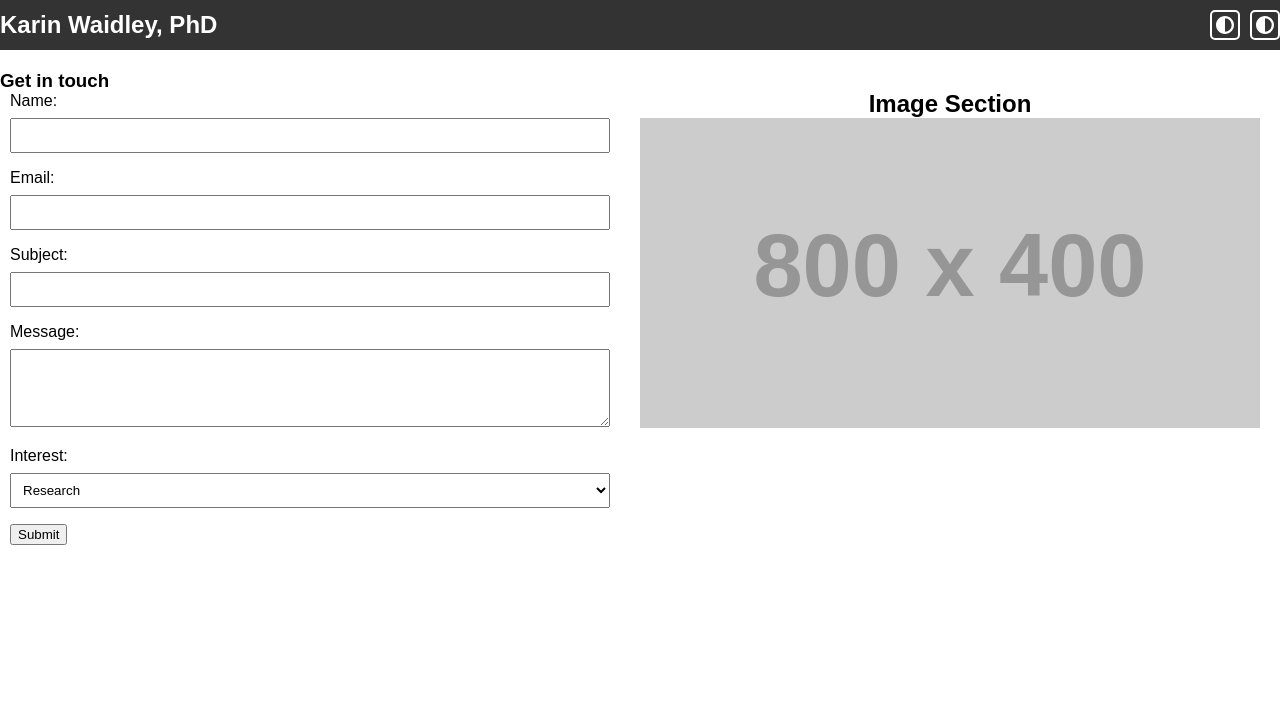
Repository: Ceasor7/Karin
Page: contact.html
An editor plug-in stored every save of this project. The page is shown before and after the next save, followed by the edit.
The browser window is 1280 px wide. The pictures show the whole page.

Above is the page before, as saved 2023-12-14 13:02:15.

### contact.html
<!DOCTYPE html>
<html lang="en">

<head>
    <meta charset="UTF-8">
    <meta name="viewport" content="width=device-width, initial-scale=1.0">
    <title>Karin Waidley, PhD | Contact</title>
    <style>
        /* Resetting some default styles for better consistency */
        body,
        h1,
        h2,
        h3,
        p,
        ul,
        li {
            margin: 0;
            padding: 0;
            list-style: none;
        }

        /* Global styles */
        body {
            font-family: Arial, sans-serif;
        }

        /* Navbar styles */
        header {
            background-color: #333;
            color: white;
            padding: 10px 0;
        }

        .navbar {
            display: flex;
            justify-content: space-between;
            align-items: center;
        }

        .navbar-logo {
            font-size: 1.5em;
            font-weight: bold;
        }

        .navbar-icons {
            display: flex;
            gap: 10px;
        }

        .dark-mode-toggle {
            color: var(--secondary-color);
            border: 2px solid currentColor;
            padding: 4px;
            background: transparent;
            cursor: pointer;
            border-radius: 5px;
            width: 30px;
            height: 30px;
        }

        /* Main content styles */
        section {
            margin-top: 20px;
        }

        /* Contact form styles */
        form {
            max-width: 600px;
            margin: 0 auto;
        }

        label {
            display: block;
            margin-bottom: 8px;
        }

        input,
        textarea,
        select {
            width: 100%;
            padding: 8px;
            margin-bottom: 16px;
            box-sizing: border-box;
        }

        /* New section styles */
        .image-section {
            text-align: center;
            margin-top: 20px;
        }

        .image-section img {
            max-width: 100%;
            height: auto;
        }

        /* Add this CSS to make the two divs beside each other */
        .flex-container {
            display: flex;
            justify-content: space-between;
            margin-top: 20px;
        }

        .flex-container>div {
            flex: 1;
            margin-right: 20px;
        }
    </style>
</head>

<body>
    <header>
        <div class="navbar">
            <div class="navbar-logo">Karin Waidley, PhD</div>
            <div class="navbar-icons">
                <button id="dark-mode-toggle" class="dark-mode-toggle">
                    <svg width="100%" xmlns="http://www.w3.org/2000/svg" viewBox="0 0 496 496">
                        <path fill="currentColor"
                            d="M8,256C8,393,119,504,256,504S504,393,504,256,393,8,256,8,8,119,8,256ZM256,440V72a184,184,0,0,1,0,368Z"
                            transform="translate(-8 -8)" />
                    </svg>
                </button>
                <button id="dark-mode-toggle" class="dark-mode-toggle">
                    <svg width="100%" xmlns="http://www.w3.org/2000/svg" viewBox="0 0 496 496">
                        <path fill="currentColor"
                            d="M8,256C8,393,119,504,256,504S504,393,504,256,393,8,256,8,8,119,8,256ZM256,440V72a184,184,0,0,1,0,368Z"
                            transform="translate(-8 -8)" />
                    </svg>
                </button>
            </div>
        </div>
    </header>
    <div class="flex-container">
        <div>
            <h3>Get in touch</h1>
                <form>
                    <label for="name">Name:</label>
                    <input type="text" id="name" name="name" required>

                    <label for="email">Email:</label>
                    <input type="email" id="email" name="email" required>

                    <label for="subject">Subject:</label>
                    <input type="text" id="subject" name="subject" required>

                    <label for="message">Message:</label>
                    <textarea id="message" name="message" rows="4" required></textarea>

                    <label for="interest">Interest:</label>
                    <select id="interest" name="interest">
                        <option value="research">Research</option>
                        <option value="speaking">Speaking</option>
                        <option value="teaching">Teaching</option>
                        <option value="community-reach">Community Reach</option>
                    </select>

                    <button type="submit">Submit</button>
                </form>
        </div>
        <!-- New section with image -->
        <div class="image-section">
            <h2>Image Section</h2>
            <img src="https://via.placeholder.com/800x400" alt="Sample Image">
        </div>
    </div>

</body>

</html>

After the next save:
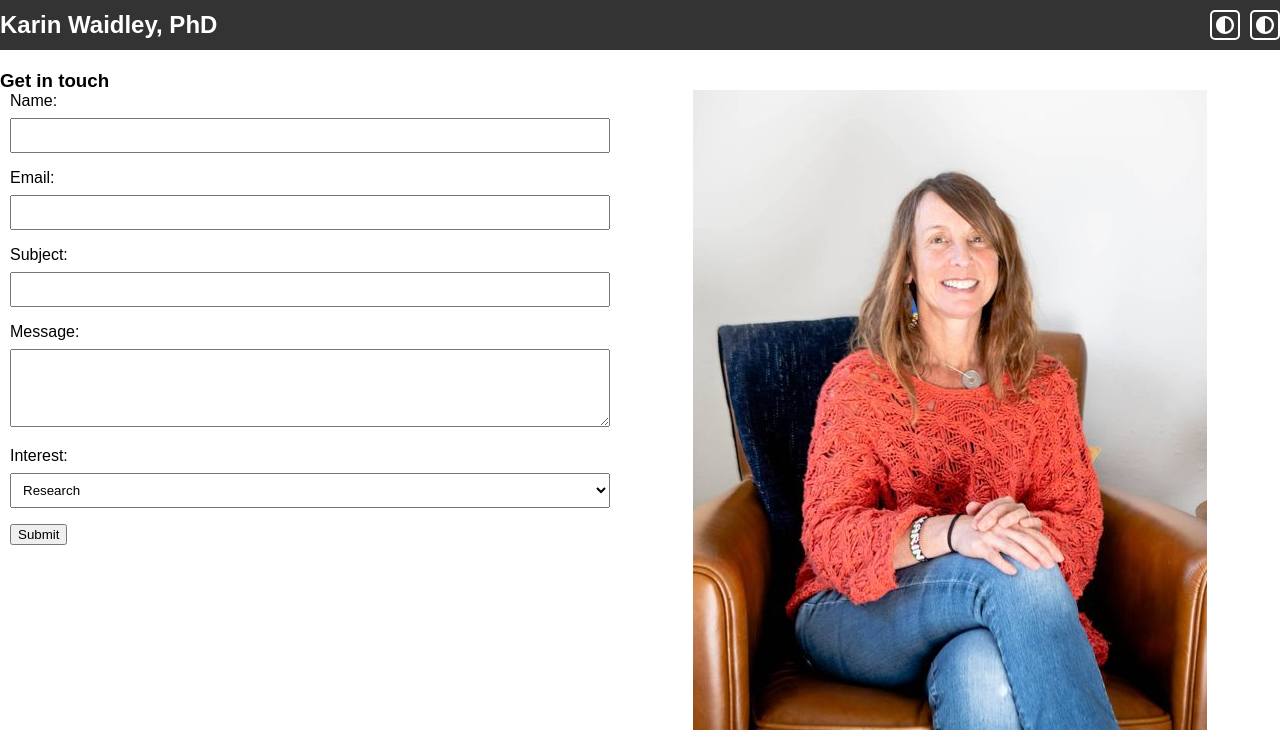
Saved 2 min 48 s later.
--- a/contact.html
+++ b/contact.html
@@ -159,8 +159,7 @@
         </div>
         <!-- New section with image -->
         <div class="image-section">
-            <h2>Image Section</h2>
-            <img src="https://via.placeholder.com/800x400" alt="Sample Image">
+            <img src="images/Karin.jpeg" alt="Karin Waidley">
         </div>
     </div>
 
